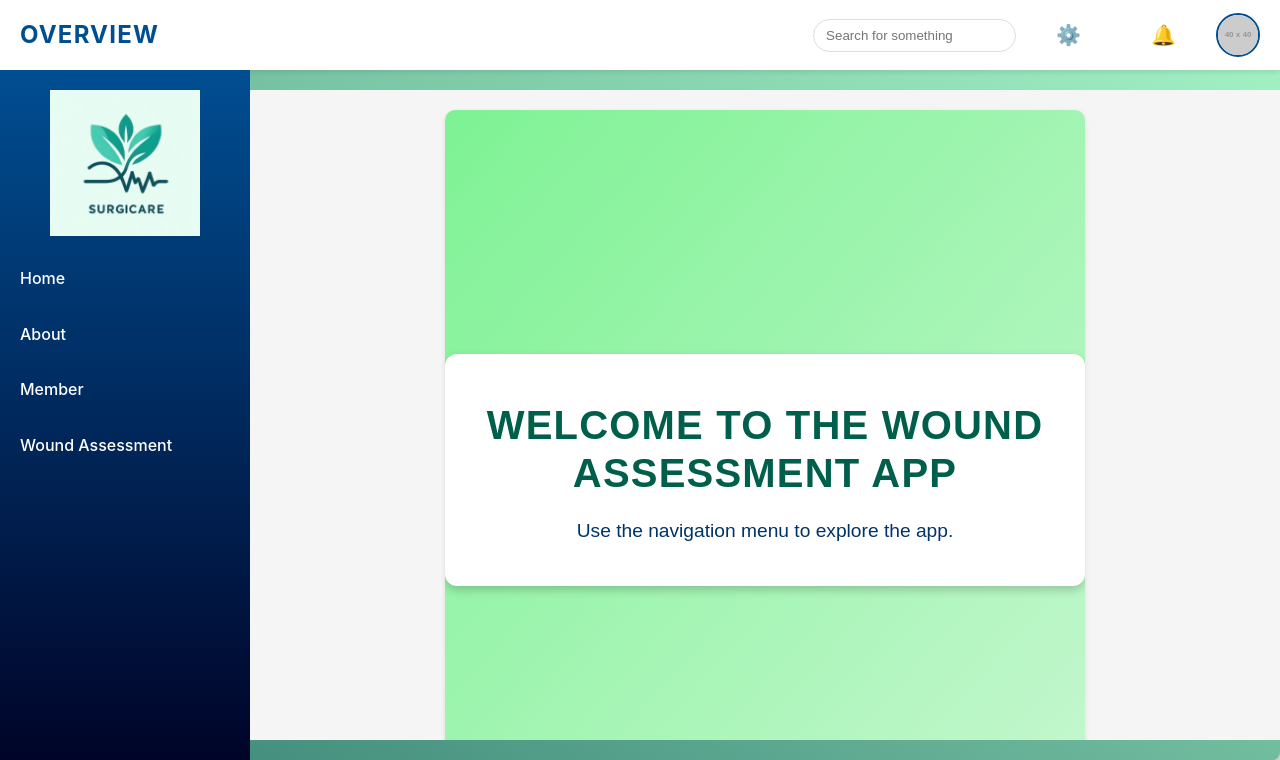
Repository: Jinwoo290350/Surgicare-Vue
Page: / (app in surgicare/)
The author's editor kept a copy of each file at every save. The page is drawn from the files as they stood at one save, then again after the next save.
The browser window is 1280 px wide. The pictures show the whole page.
The project was rebuilt for these pictures with package versions that can differ from the ones it lists, and the page was loaded fresh each time. Also part of the build but not shown: surgicare/vite.config.js, surgicare/src/views/About.vue, surgicare/src/views/Member.vue, surgicare/src/components/WoundAssessment.vue.

Above is the page before, as saved 2024-12-30 20:45:35.
Console error: TypeError: Cannot read properties of null (reading 'getContext')

After the next save:
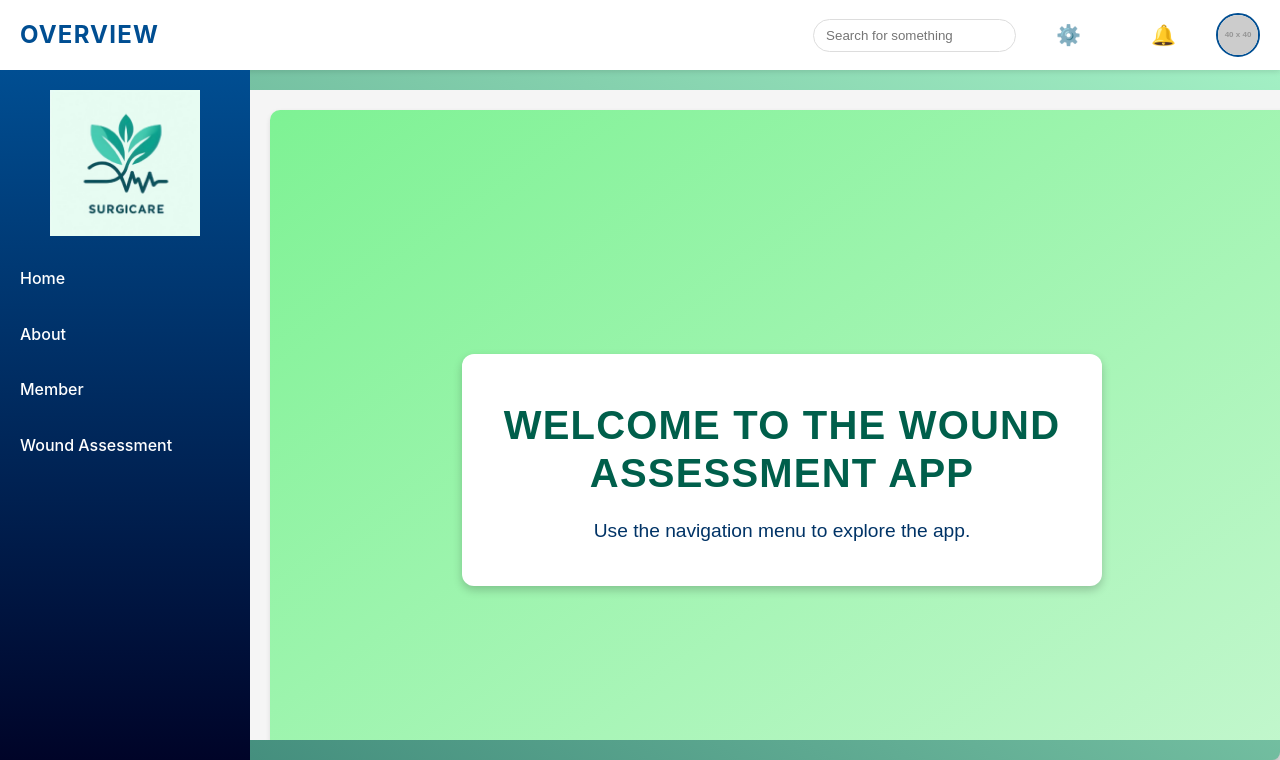
Saved 11 s later.
--- a/surgicare/src/views/Home.vue
+++ b/surgicare/src/views/Home.vue
@@ -19,7 +19,7 @@ export default {
   justify-content: center;
   align-items: center;
   height: 100vh; /* ใช้เต็มความสูงของ viewport */
-  width: 50vw; /* ลดความกว้างของ container รวมถึงขอบด้านซ้ายและขวา */
+  width: 80vw; /* ลดความกว้างของ container รวมถึงขอบด้านซ้ายและขวา */
   margin: 0 auto; /* Center horizontally */
   padding: 0;
   background: linear-gradient(to bottom right, #7ef294, #c6f7d0); /* Gradient สวยๆ */
